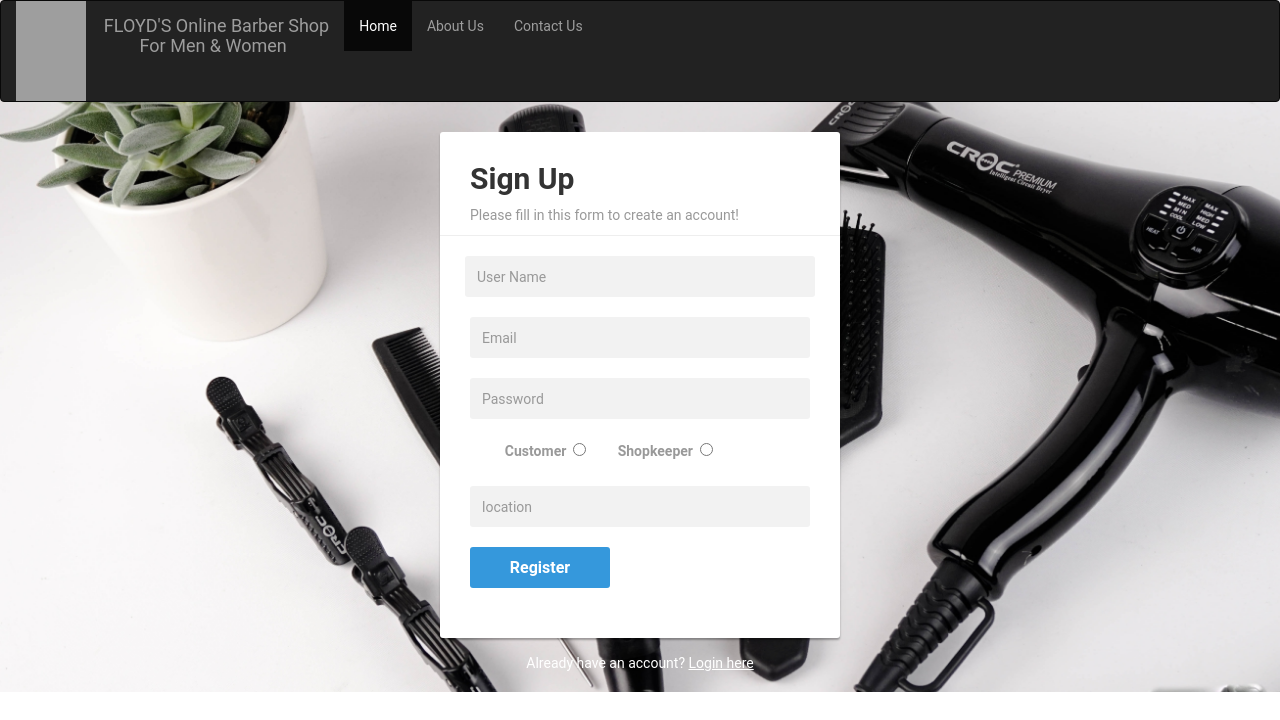
Repository: Mithil-Chavan/OnlineBarbershopManagementSystem
Page: http://localhost/OnlineBarberShop/WEB-INF/views/user/register.jsp
An editor plug-in stored every save of this project. The page is shown before and after the next save, followed by the edit.
The browser window is 1280 px wide. The pictures show the whole page.
Some web fonts or font styles are not loaded; a fallback is used. The page is served by Tomcat 9. Nobody is signed in. The template is opened directly, without the code that normally fills it, so the values that code supplies are empty.

Above is the page before, as saved 2021-03-25 07:05:30.

After the next save:
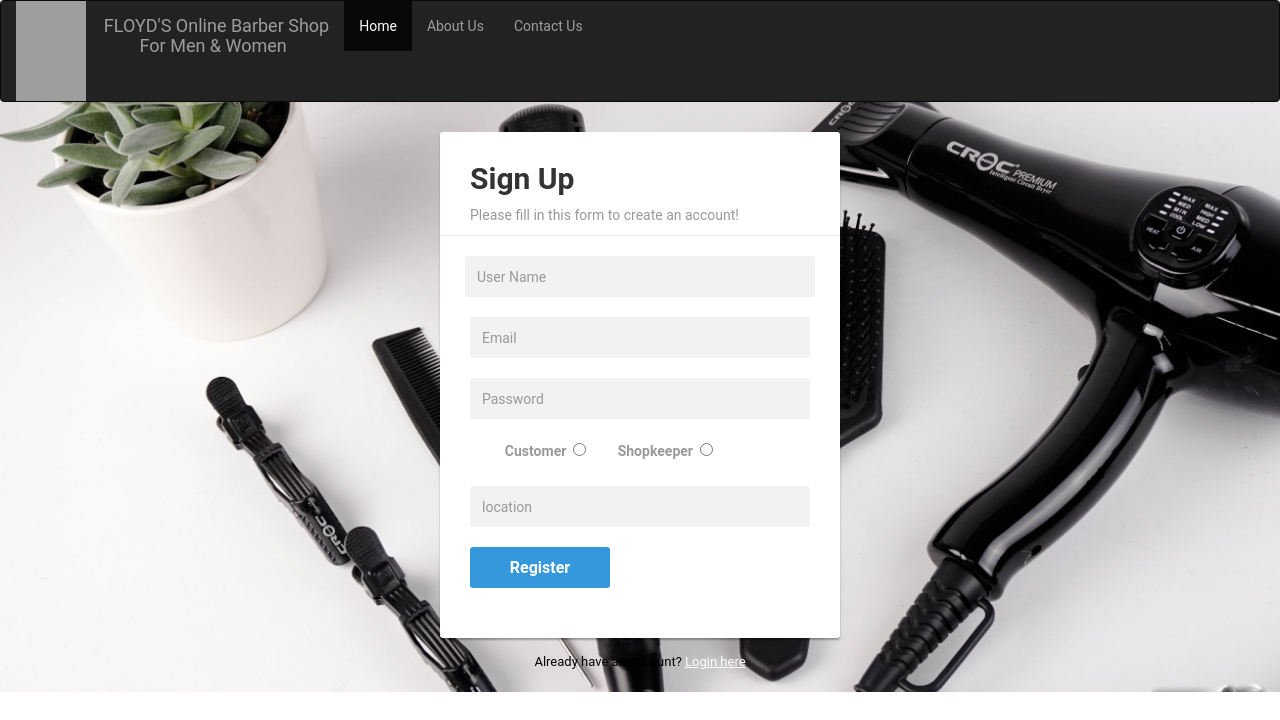
Saved 6 min 50 s later.
--- a/OnlineBarberShop/OnlineBarberShop/src/main/webapp/WEB-INF/views/user/register.jsp
+++ b/OnlineBarberShop/OnlineBarberShop/src/main/webapp/WEB-INF/views/user/register.jsp
@@ -99,6 +99,8 @@ body {
 	text-decoration: underline;
 }
 .signup-form .hint-text  {
+color:#000000;
+font-size: 13px;
 	padding-bottom: 15px;
 	text-align: center;
 }
